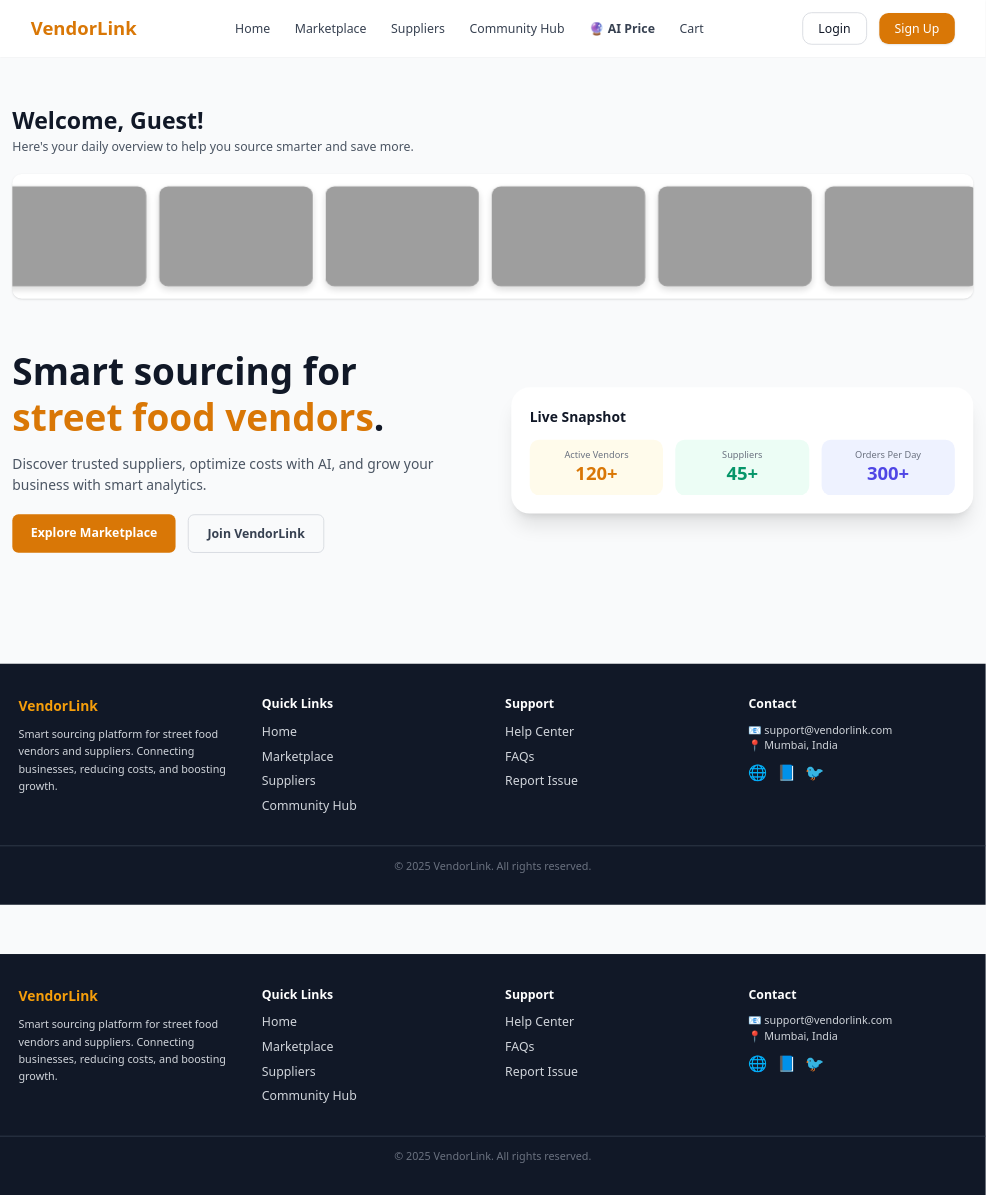
Repository: Omkar0746/VendorLink_Hackathon
Page: VendorLink_Project-main/frontend/index.html
An editor plug-in stored every save of this project. The page is shown before and after the next save, followed by the edit.
The browser window is 1280 px wide. The pictures show the whole page, at 77% of full size.
Pictures or frames that could not be fetched are drawn as grey boxes. Some web libraries are served in a nearby version.

Above is the page before, as saved 2025-11-28 19:49:02.

### VendorLink_Project-main/frontend/index.html
<!DOCTYPE html>
<html lang="en" class="bg-gray-50 dark:bg-gray-900">
<head>
  <meta charset="UTF-8">
  <title>VendorLink • Smart Sourcing for Street Food Vendors</title>

  <!-- Tailwind -->
  <script src="https://cdn.tailwindcss.com"></script>
  <script>
    tailwind.config = { darkMode: "class" };
  </script>

  <style>
    #sliderWrapper {
      overflow: hidden;
      width: 100%;
    }

    #smallSlider {
      display: flex;
      gap: 16px;
      width: max-content;
      animation: slideScroll 25s linear infinite;
    }

    #smallSlider img {
      width: 200px;
      height: 130px;
      object-fit: cover;
      border-radius: 12px;
      box-shadow: 0 4px 10px rgba(0,0,0,0.15);
    }

    @keyframes slideScroll {
      0% { transform: translateX(0); }
      100% { transform: translateX(-50%); }
    }
  </style>
</head>

<body class="text-gray-900 dark:text-gray-100">

<!-- AUTO-LOAD NAVBAR -->
<script type="module" src="assets/js/navbar.js"></script>

<!-- PAGE CONTENT -->
<main class="max-w-7xl mx-auto px-4 pt-10 pb-20">

  <!-- Welcome + Slider Section -->
  <section class="mt-6">
    <h1 class="text-3xl font-extrabold">Welcome, Guest!</h1>
    <p class="text-gray-600 dark:text-gray-300 mt-1">
      Here's your daily overview to help you source smarter and save more.
    </p>

    <!-- SMALL SLIDESHOW (Continuous Scroll) -->
    <div id="sliderWrapper" class="bg-white dark:bg-gray-800 p-4 rounded-xl mt-6 shadow">
      <div id="smallSlider">

        <!-- Duplicate images at end for seamless infinite loop -->
        <img src="assets/images/slide1.jpg">
        <img src="assets/images/slide2.jpg">
        <img src="assets/images/slide3.jpg">
        <img src="assets/images/slide4.jpg">
        <img src="assets/images/slide5.jpg">
        <img src="assets/images/slide6.jpg">

        <!-- DUPLICATED for infinite loop -->
        <img src="assets/images/slide1.jpg">
        <img src="assets/images/slide2.jpg">
        <img src="assets/images/slide3.jpg">
        <img src="assets/images/slide4.jpg">
        <img src="assets/images/slide5.jpg">
        <img src="assets/images/slide6.jpg">

      </div>
    </div>

  </section>

  <!-- Main Hero Section -->
  <section class="grid md:grid-cols-2 gap-12 items-center mt-16">
    <div>
      <h1 class="text-5xl font-extrabold leading-tight">
        Smart sourcing for <span class="text-amber-600">street food vendors</span>.
      </h1>

      <p class="mt-4 text-gray-600 dark:text-gray-300 text-lg">
        Discover trusted suppliers, optimize costs with AI, and grow your business with smart analytics.
      </p>

      <div class="mt-6 flex gap-4">
        <a href="marketplace.html"
           class="px-6 py-3 rounded-lg bg-amber-600 text-white font-semibold hover:bg-amber-700">
          Explore Marketplace
        </a>

        <a href="signup.html"
           class="px-6 py-3 rounded-lg border border-gray-300 dark:border-gray-700
                  text-gray-700 dark:text-gray-200 font-semibold hover:border-amber-600">
          Join VendorLink
        </a>
      </div>
    </div>

    <!-- Live Snapshot Box -->
    <div class="bg-white dark:bg-gray-800 rounded-3xl shadow-xl p-6 space-y-4">
      <h2 class="text-lg font-semibold mb-4">Live Snapshot</h2>

      <div class="grid grid-cols-3 gap-4 text-center">

        <div class="bg-amber-50 dark:bg-gray-900 rounded-xl p-3">
          <p class="text-xs text-gray-500 dark:text-gray-400">Active Vendors</p>
          <p class="text-2xl font-bold text-amber-600">120+</p>
        </div>

        <div class="bg-emerald-50 dark:bg-gray-900 rounded-xl p-3">
          <p class="text-xs text-gray-500 dark:text-gray-400">Suppliers</p>
          <p class="text-2xl font-bold text-emerald-600">45+</p>
        </div>

        <div class="bg-indigo-50 dark:bg-gray-900 rounded-xl p-3">
          <p class="text-xs text-gray-500 dark:text-gray-400">Orders Per Day</p>
          <p class="text-2xl font-bold text-indigo-600">300+</p>
        </div>

      </div>
    </div>
  </section>

</main>

<!-- AUTO-LOAD FOOTER (ONLY ONCE) -->
<div id="footerContainer"></div>
<script>
  fetch("components/footer.html")
    .then(res => res.text())
    .then(html => {
      document.getElementById("footerContainer").innerHTML = html;
    });
</script>

</body>
</html>

### VendorLink_Project-main/frontend/assets/js/navbar.js
// assets/js/navbar.js

document.addEventListener("DOMContentLoaded", () => {
  const nav = document.createElement("div");

  nav.innerHTML = `
    <nav class="w-full px-10 py-4 bg-white dark:bg-gray-900 shadow-sm flex items-center justify-between">

      <!-- Logo -->
      <a href="index.html" class="text-2xl font-bold text-amber-600">VendorLink</a>

      <!-- Navbar Links -->
      <ul class="flex items-center space-x-8 text-gray-700 dark:text-gray-200 font-medium">
        <li><a href="index.html" class="hover:text-amber-600">Home</a></li>
        <li><a href="marketplace.html" class="hover:text-amber-600">Marketplace</a></li>
        <li><a href="suppliers.html" class="hover:text-amber-600">Suppliers</a></li>
        <li><a href="community.html" class="hover:text-amber-600">Community Hub</a></li>

        <!-- ⭐ New AI Price Button -->
        <li>
          <a href="ai_predict.html" class="hover:text-purple-600 font-semibold">
            🔮 AI Price
          </a>
        </li>

        <li><a href="cart.html" class="hover:text-amber-600">Cart</a></li>
      </ul>

      <!-- Right Side Auth Buttons -->
      <div id="authButtons" class="flex items-center space-x-4"></div>

    </nav>
  `;

  document.body.prepend(nav);

  // -------------------------------
  // AUTHENTICATION STATE HANDLING
  // -------------------------------
  const authBox = document.getElementById("authButtons");
  const loggedUser = JSON.parse(localStorage.getItem("vendorlink_user"));

  if (!loggedUser) {
    // User NOT logged in → Show Login + Sign Up
    authBox.innerHTML = `
      <a href="login.html"
         class="px-5 py-2 border border-gray-300 rounded-xl hover:bg-gray-100 dark:hover:bg-gray-800">
        Login
      </a>

      <a href="signup.html"
         class="px-5 py-2 bg-amber-600 text-white rounded-xl hover:bg-amber-700 shadow">
        Sign Up
      </a>
    `;
  } else {
    // User Logged In → Show Profile + Logout
    authBox.innerHTML = `
      <a href="${loggedUser.role === "supplier" ? "supplier_dashboard.html" : "profile.html"}"
         class="flex items-center space-x-2">
        <img src="https://avatar.iran.liara.run/public"
             class="w-8 h-8 rounded-full border" />
        <span>${loggedUser.name}</span>
      </a>

      <button id="logoutBtn"
              class="px-5 py-2 bg-red-500 text-white rounded-xl hover:bg-red-600 shadow">
        Logout
      </button>
    `;

    // Logout Logic
    document.getElementById("logoutBtn").addEventListener("click", () => {
      localStorage.removeItem("vendorlink_user");
      window.location.href = "index.html";
    });
  }
});

// LOAD FOOTER ON EVERY PAGE
fetch("components/footer.html")
  .then(res => res.text())
  .then(html => {
    document.body.insertAdjacentHTML("beforeend", html);
  });

### VendorLink_Project-main/frontend/components/footer.html
<footer class="bg-gray-900 text-gray-300 py-10 mt-16">
  <div class="max-w-7xl mx-auto px-6 grid grid-cols-1 md:grid-cols-4 gap-8">

    <div>
      <h3 class="text-amber-500 font-bold text-lg mb-3">VendorLink</h3>
      <p class="text-sm leading-relaxed">
        Smart sourcing platform for street food vendors and suppliers.
        Connecting businesses, reducing costs, and boosting growth.
      </p>
    </div>

    <div>
      <h4 class="font-semibold text-white mb-3">Quick Links</h4>
      <ul class="space-y-2">
        <li><a href="index.html" class="hover:text-amber-400">Home</a></li>
        <li><a href="marketplace.html" class="hover:text-amber-400">Marketplace</a></li>
        <li><a href="suppliers.html" class="hover:text-amber-400">Suppliers</a></li>
        <li><a href="community.html" class="hover:text-amber-400">Community Hub</a></li>
      </ul>
    </div>

    <div>
      <h4 class="font-semibold text-white mb-3">Support</h4>
      <ul class="space-y-2">
        <li><a href="#" class="hover:text-amber-400">Help Center</a></li>
        <li><a href="#" class="hover:text-amber-400">FAQs</a></li>
        <li><a href="#" class="hover:text-amber-400">Report Issue</a></li>
      </ul>
    </div>

    <div>
      <h4 class="font-semibold text-white mb-3">Contact</h4>
      <p class="text-sm">📧 support@vendorlink.com</p>
      <p class="text-sm">📍 Mumbai, India</p>

      <div class="flex gap-3 mt-3">
        <a href="#" class="hover:text-amber-400 text-xl">🌐</a>
        <a href="#" class="hover:text-amber-400 text-xl">📘</a>
        <a href="#" class="hover:text-amber-400 text-xl">🐦</a>
      </div>
    </div>

  </div>

  <div class="text-center text-gray-500 mt-10 text-sm border-t border-gray-700 pt-4">
    © 2025 VendorLink. All rights reserved.
  </div>
</footer>

After the next save:
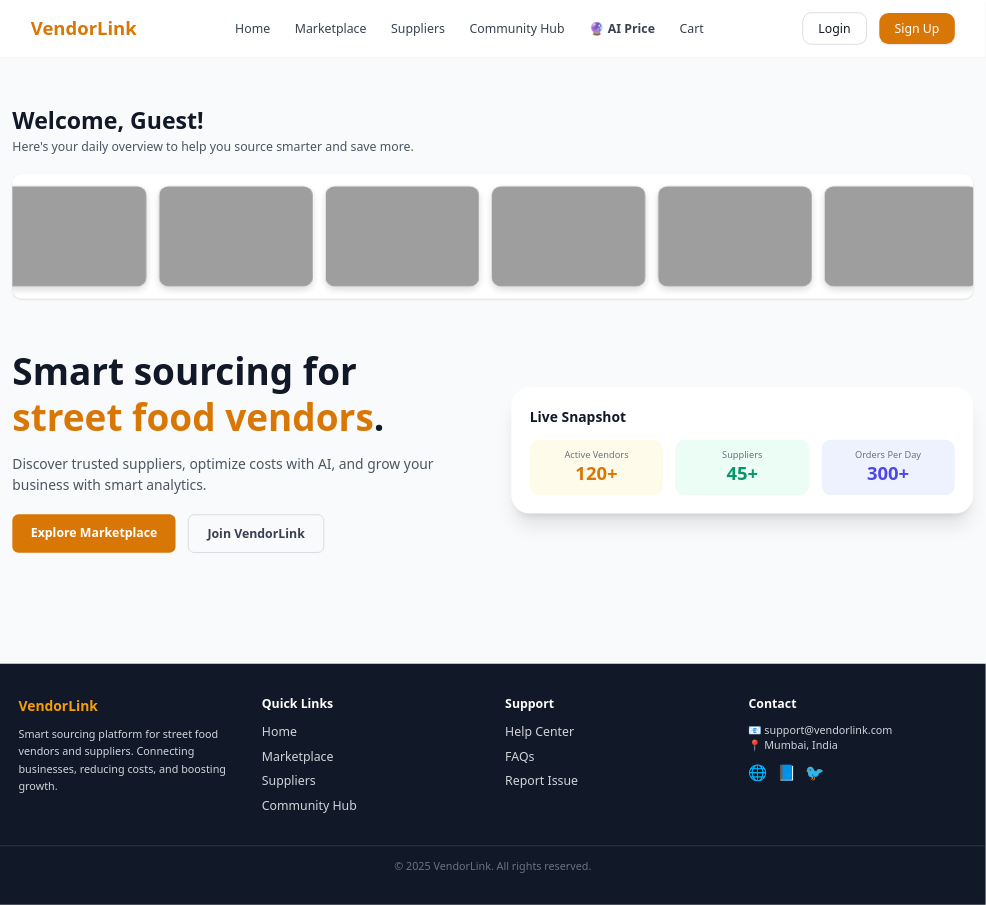
Saved 46 s later.
--- a/VendorLink_Project-main/frontend/index.html
+++ b/VendorLink_Project-main/frontend/index.html
@@ -129,16 +129,3 @@
   </section>
 
 </main>
-
-<!-- AUTO-LOAD FOOTER (ONLY ONCE) -->
-<div id="footerContainer"></div>
-<script>
-  fetch("components/footer.html")
-    .then(res => res.text())
-    .then(html => {
-      document.getElementById("footerContainer").innerHTML = html;
-    });
-</script>
-
-</body>
-</html>
